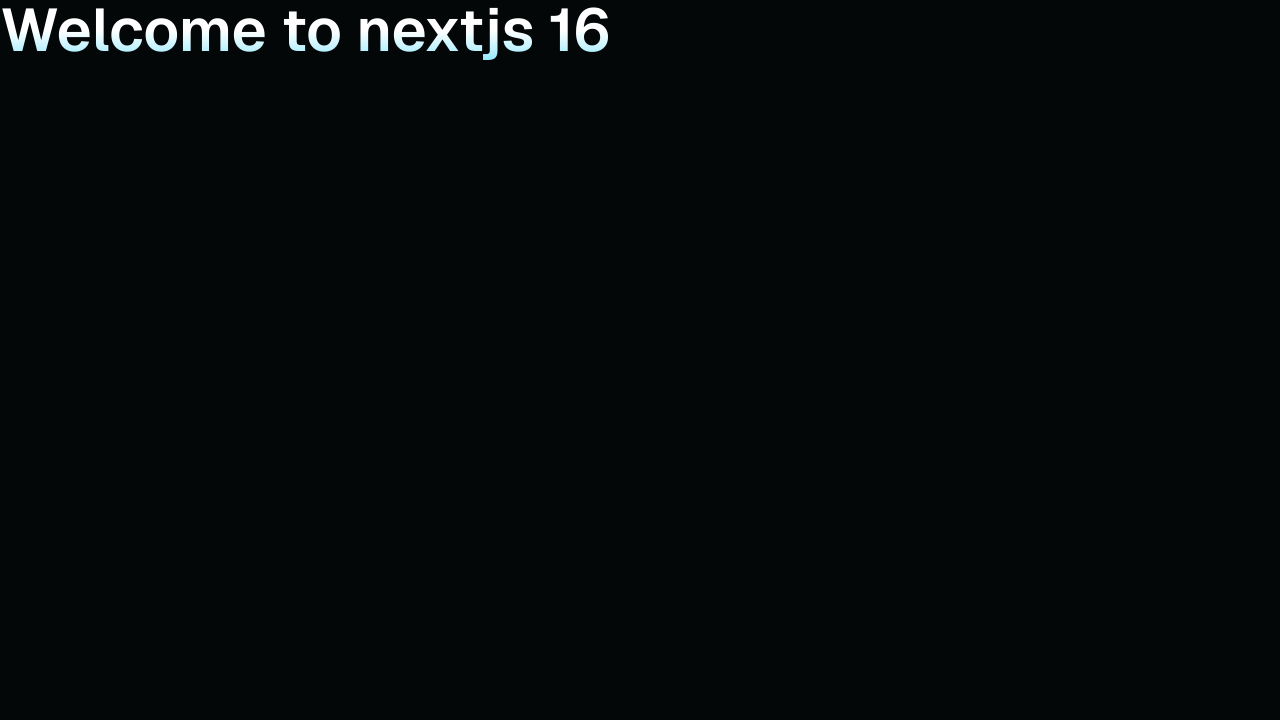
Repository: MuhammadHozaif-Bitsol/DevEvents
Page: /
These files come from the project's save history. The page is drawn as it stood at one moment and after the next save; the edit follows.
The browser window is 1280 px wide. The pictures show the whole page.
Some web fonts or font styles are not loaded; a fallback is used. The project was rebuilt for these pictures with package versions that can differ from the ones it lists, and the page was loaded fresh each time. The framework's server and built-in components were replaced by stand-ins that run in the browser. Also part of the build but not shown: next.config.ts.

Above is the page before, as saved 2026-08-25 14:35:58.

### app/layout.tsx
import type { Metadata } from "next";
import { Schibsted_Grotesk, Martian_Mono, Geist } from "next/font/google";
import "./globals.css";
import { cn } from "@/lib/utils";

import LightRays from "@/components/LightRays";
const geist = Geist({ subsets: ["latin"], variable: "--font-sans" });

const schibstedGrotesk = Schibsted_Grotesk({
  variable: "--font-schibsted--grotesk",
  subsets: ["latin"],
});

const martianMono = Martian_Mono({
  variable: "--font-martian-mono",
  subsets: ["latin"],
});

export const metadata: Metadata = {
  title: "DevEvent",
  description: "The hub of every event you just can not miss",
};

export default function RootLayout({ children }: LayoutProps<"/">) {
  return (
    <html
      lang="en"
      className={cn(
        "h-full",
        "antialiased",
        "min-h-screen",
        schibstedGrotesk.variable,
        martianMono.variable,
        "font-sans",
        geist.variable,
      )}
    >
      <body className="min-h-full flex flex-col">{children}</body>
    </html>
  );
}

### app/page.tsx
const page = () => {
  return <h1>Welcome to nextjs 16</h1>;
};

export default page;

### app/globals.css
@import "tailwindcss";
@import "tw-animate-css";

@custom-variant dark (&:is(.dark *));

:root {
  --color-blue: #94eaff;
  --color-light-100: #e7f2ff;
  --color-light-200: #bdbdbd;
  --color-border-dark: #151024;
  --color-dark-100: #0d161a;
  --color-dark-200: #182830;
  --radius: 0.625rem;
  --background: #030708;
  --foreground: #ffffff;
  --card: oklch(1 0 0);
  --card-foreground: oklch(0.145 0 0);
  --popover: oklch(1 0 0);
  --popover-foreground: oklch(0.145 0 0);
  --primary: #59deca;
  --primary-foreground: oklch(0.985 0 0);
  --secondary: oklch(0.97 0 0);
  --secondary-foreground: oklch(0.205 0 0);
  --muted: oklch(0.97 0 0);
  --muted-foreground: oklch(0.556 0 0);
  --accent: oklch(0.97 0 0);
  --accent-foreground: oklch(0.205 0 0);
  --destructive: oklch(0.577 0.245 27.325);
  --border: oklch(0.922 0 0);
  --input: oklch(0.922 0 0);
  --ring: oklch(0.708 0 0);
  --chart-1: oklch(0.646 0.222 41.116);
  --chart-2: oklch(0.6 0.118 184.704);
  --chart-3: oklch(0.398 0.07 227.392);
  --chart-4: oklch(0.828 0.189 84.429);
  --chart-5: oklch(0.769 0.188 70.08);
  --sidebar: oklch(0.985 0 0);
  --sidebar-foreground: oklch(0.145 0 0);
  --sidebar-primary: oklch(0.205 0 0);
  --sidebar-primary-foreground: oklch(0.985 0 0);
  --sidebar-accent: oklch(0.97 0 0);
  --sidebar-accent-foreground: oklch(0.205 0 0);
  --sidebar-border: oklch(0.922 0 0);
  --sidebar-ring: oklch(0.708 0 0);
}

@theme inline {
  --color-background: var(--background);
  --color-foreground: var(--foreground);
  --color-blue: var(--color-blue);
  --color-light-100: var(--color-light-100);
  --color-light-200: var(--color-light-200);
  --color-border-dark: var(--color-border-dark);
  --color-dark-100: var(--color-dark-100);
  --color-dark-200: var(--color-dark-200);
  --font-schibsted-grotesk: var(--font-schibsted-grotesk);
  --font-martian-mono: var(--font-martian-mono);
  --color-sidebar-ring: var(--sidebar-ring);
  --color-sidebar-border: var(--sidebar-border);
  --color-sidebar-accent-foreground: var(--sidebar-accent-foreground);
  --color-sidebar-accent: var(--sidebar-accent);
  --color-sidebar-primary-foreground: var(--sidebar-primary-foreground);
  --color-sidebar-primary: var(--sidebar-primary);
  --color-sidebar-foreground: var(--sidebar-foreground);
  --color-sidebar: var(--sidebar);
  --color-chart-5: var(--chart-5);
  --color-chart-4: var(--chart-4);
  --color-chart-3: var(--chart-3);
  --color-chart-2: var(--chart-2);
  --color-chart-1: var(--chart-1);
  --color-ring: var(--ring);
  --color-input: var(--input);
  --color-border: var(--border);
  --color-destructive: var(--destructive);
  --color-accent-foreground: var(--accent-foreground);
  --color-accent: var(--accent);
  --color-muted-foreground: var(--muted-foreground);
  --color-muted: var(--muted);
  --color-secondary-foreground: var(--secondary-foreground);
  --color-secondary: var(--secondary);
  --color-primary-foreground: var(--primary-foreground);
  --color-primary: var(--primary);
  --color-popover-foreground: var(--popover-foreground);
  --color-popover: var(--popover);
  --color-card-foreground: var(--card-foreground);
  --color-card: var(--card);
  --radius-sm: calc(var(--radius) - 4px);
  --radius-md: calc(var(--radius) - 2px);
  --radius-lg: var(--radius);
  --radius-xl: calc(var(--radius) + 4px);
}

@utility flex-center {
  @apply flex items-center justify-center;
}

@utility text-gradient {
  @apply to-blue bg-gradient-to-b from-white via-white bg-clip-text font-semibold text-transparent;
}

@utility glass {
  @apply bg-[#12121280]/50 rounded-md bg-clip-padding backdrop-filter backdrop-blur-xl border-b border-border-dark;
}

@utility card-shadow {
  box-shadow: 0px 4px 40px 0px #00000066;
}

@layer base {
  * {
    @apply border-border outline-ring/50;
  }

  body {
    @apply bg-background text-foreground;
  }

  main {
    @apply mx-auto container flex flex-col sm:px-10 px-5 py-10;
  }

  h1 {
    @apply text-gradient text-6xl font-semibold max-sm:text-4xl;
  }

  h3 {
    @apply font-schibsted-grotesk text-2xl font-bold;
  }

  ul {
    @apply list-disc list-inside;
  }
}

@layer components {
  #home {
    .subheading {
      @apply text-light-100 text-lg max-sm:text-sm text-center mt-5;
    }
  }

  #explore-btn {
    @apply border-dark-200 bg-dark-100 flex w-fit cursor-pointer  rounded-full border px-8 py-3.5 max-sm:w-full text-center;

    a {
      @apply flex-center gap-2 text-center w-full;
    }
  }

  header {
    @apply glass sticky top-0 z-50;

    nav {
      @apply flex flex-row justify-between mx-auto container sm:px-10 px-5 py-4;
    }

    .logo {
      @apply flex flex-row items-center gap-2;

      p {
        @apply text-xl font-bold italic max-sm:hidden;
      }
    }

    ul {
      @apply flex flex-row items-center gap-6;
    }
  }

  .events {
    @apply grid md:grid-cols-3 gap-10 sm:grid-cols-2 grid-cols-1;
  }

  #event-card {
    @apply flex flex-col gap-3;

    .poster {
      @apply h-[300px] w-full rounded-lg object-cover;
    }

    .title {
      @apply text-[20px] font-semibold line-clamp-1;
    }

    p {
      @apply text-light-200 text-sm font-light;
    }

    .datetime {
      @apply text-light-200 flex flex-row flex-wrap items-center gap-4;

      div {
        @apply flex flex-row gap-2;
      }
    }
  }

  #event {
    .header {
      @apply flex w-2/3 flex-col items-start gap-4 max-lg:w-full mb-10;
    }

    .details {
      @apply flex w-full flex-col lg:flex-row gap-12 items-start mt-12 max-lg:items-center;

      .content {
        @apply flex flex-[2] flex-col gap-8 max-lg:w-full;

        .banner {
          @apply max-h-[457px] w-full rounded-lg object-cover;
        }

        .agenda {
          @apply flex flex-col gap-2;

          ul {
            li {
              @apply text-light-100 text-lg max-sm:text-sm;
            }
          }
        }
      }

      .booking {
        @apply flex-1 w-full p-4 border-l border-gray-700;

        .signup-card {
          @apply bg-dark-100 border-dark-200 card-shadow flex w-full flex-col gap-6 rounded-[10px] border px-5 py-6;
        }
      }
    }

    h2 {
      @apply font-schibsted-grotesk text-2xl font-bold;
    }

    p {
      @apply text-light-100 text-lg max-sm:text-sm;
    }

    .flex-col-gap-2 {
      @apply flex flex-col gap-2;
    }

    .flex-row-gap-2 {
      @apply flex flex-row gap-2;
    }
  }

  .pill {
    @apply bg-dark-100 text-light-100 text-xs rounded-[6px] px-5 py-2;
  }

  #book-event {
    @apply flex flex-col gap-6;

    form {
      @apply flex flex-col gap-6;

      div {
        @apply flex flex-col gap-2;

        input {
          @apply bg-dark-200 rounded-[6px] px-5 py-2.5;
        }
      }

      button {
        @apply bg-primary hover:bg-primary/90 w-full cursor-pointer items-center justify-center rounded-[6px] px-4 py-2.5 text-lg font-semibold text-black;
      }
    }
  }
}

### components/LightRays.tsx
"use client";

import { useRef, useEffect, useState } from "react";
import { Renderer, Program, Triangle, Mesh } from "ogl";

export type RaysOrigin =
  | "top-center"
  | "top-center-offset"
  | "top-left"
  | "top-right"
  | "right"
  | "left"
  | "bottom-center"
  | "bottom-right"
  | "bottom-left";

interface LightRaysProps {
  raysOrigin?: RaysOrigin;
  raysColor?: string;
  raysSpeed?: number;
  lightSpread?: number;
  rayLength?: number;
  pulsating?: boolean;
  fadeDistance?: number;
  saturation?: number;
  followMouse?: boolean;
  mouseInfluence?: number;
  noiseAmount?: number;
  distortion?: number;
  className?: string;
}

const DEFAULT_COLOR = "#ffffff";

const hexToRgb = (hex: string): [number, number, number] => {
  const m = /^#?([a-f\d]{2})([a-f\d]{2})([a-f\d]{2})$/i.exec(hex);
  return m
    ? [
        parseInt(m[1], 16) / 255,
        parseInt(m[2], 16) / 255,
        parseInt(m[3], 16) / 255,
      ]
    : [1, 1, 1];
};

const getAnchorAndDir = (
  origin: RaysOrigin,
  w: number,
  h: number,
): { anchor: [number, number]; dir: [number, number] } => {
  const outside = 0.2;
  switch (origin) {
    case "top-left":
      return { anchor: [0, -outside * h], dir: [0, 1] };
    case "top-right":
      return { anchor: [w, -outside * h], dir: [0, 1] };
    case "top-center-offset":
      return { anchor: [0.5 * w + 0.2 * w, -outside * h], dir: [-0.2, 1] };
    case "left":
      return { anchor: [-outside * w, 0.5 * h], dir: [1, 0] };
    case "right":
      return { anchor: [(1 + outside) * w, 0.5 * h], dir: [-1, 0] };
    case "bottom-left":
      return { anchor: [0, (1 + outside) * h], dir: [0, -1] };
    case "bottom-center":
      return { anchor: [0.5 * w, (1 + outside) * h], dir: [0, -1] };
    case "bottom-right":
      return { anchor: [w, (1 + outside) * h], dir: [0, -1] };
    default: // "top-center"
      return { anchor: [0.5 * w, -outside * h], dir: [0, 1] };
  }
};

const LightRays: React.FC<LightRaysProps> = ({
  raysOrigin = "top-center-offset",
  raysColor = DEFAULT_COLOR,
  raysSpeed = 1,
  lightSpread = 1,
  rayLength = 2,
  pulsating = false,
  fadeDistance = 1.0,
  saturation = 1.0,
  followMouse = true,
  mouseInfluence = 0.1,
  noiseAmount = 0.0,
  distortion = 0.0,
  className = "",
}) => {
  const containerRef = useRef<HTMLDivElement>(null);
  const uniformsRef = useRef<any>(null);
  const rendererRef = useRef<Renderer | null>(null);
  const mouseRef = useRef({ x: 0.5, y: 0.5 });
  const smoothMouseRef = useRef({ x: 0.5, y: 0.5 });
  const animationIdRef = useRef<number | null>(null);
  const meshRef = useRef<any>(null);
  const cleanupFunctionRef = useRef<(() => void) | null>(null);
  const [isVisible, setIsVisible] = useState(false);
  const observerRef = useRef<IntersectionObserver | null>(null);

  useEffect(() => {
    if (!containerRef.current) return;

    observerRef.current = new IntersectionObserver(
      (entries) => {
        const entry = entries[0];
        setIsVisible(entry.isIntersecting);
      },
      { threshold: 0.1 },
    );

    observerRef.current.observe(containerRef.current);

    return () => {
      if (observerRef.current) {
        observerRef.current.disconnect();
        observerRef.current = null;
      }
    };
  }, []);

  useEffect(() => {
    if (!isVisible || !containerRef.current) return;

    if (cleanupFunctionRef.current) {
      cleanupFunctionRef.current();
      cleanupFunctionRef.current = null;
    }

    const initializeWebGL = async () => {
      if (!containerRef.current) return;

      await new Promise((resolve) => setTimeout(resolve, 10));

      if (!containerRef.current) return;

      const renderer = new Renderer({
        dpr: Math.min(window.devicePixelRatio, 2),
        alpha: true,
      });
      rendererRef.current = renderer;

      const gl = renderer.gl;
      gl.canvas.style.width = "100%";
      gl.canvas.style.height = "100%";

      while (containerRef.current.firstChild) {
        containerRef.current.removeChild(containerRef.current.firstChild);
      }
      containerRef.current.appendChild(gl.canvas);

      const vert = `
attribute vec2 position;
varying vec2 vUv;
void main() {
  vUv = position * 0.5 + 0.5;
  gl_Position = vec4(position, 0.0, 1.0);
}`;

      const frag = `precision highp float;

uniform float iTime;
uniform vec2  iResolution;

uniform vec2  rayPos;
uniform vec2  rayDir;
uniform vec3  raysColor;
uniform float raysSpeed;
uniform float lightSpread;
uniform float rayLength;
uniform float pulsating;
uniform float fadeDistance;
uniform float saturation;
uniform vec2  mousePos;
uniform float mouseInfluence;
uniform float noiseAmount;
uniform float distortion;

varying vec2 vUv;

float noise(vec2 st) {
  return fract(sin(dot(st.xy, vec2(12.9898,78.233))) * 43758.5453123);
}

float rayStrength(vec2 raySource, vec2 rayRefDirection, vec2 coord,
                  float seedA, float seedB, float speed) {
  vec2 sourceToCoord = coord - raySource;
  vec2 dirNorm = normalize(sourceToCoord);
  float cosAngle = dot(dirNorm, rayRefDirection);

  float distortedAngle = cosAngle + distortion * sin(iTime * 2.0 + length(sourceToCoord) * 0.01) * 0.2;

  float spreadFactor = pow(max(distortedAngle, 0.0), 1.0 / max(lightSpread, 0.001));

  float distance = length(sourceToCoord);
  float maxDistance = iResolution.x * rayLength;
  float lengthFalloff = clamp((maxDistance - distance) / maxDistance, 0.0, 1.0);

  float fadeFalloff = clamp((iResolution.x * fadeDistance - distance) / (iResolution.x * fadeDistance), 0.5, 1.0);
  float pulse = pulsating > 0.5 ? (0.8 + 0.2 * sin(iTime * speed * 3.0)) : 1.0;

  float baseStrength = clamp(
    (0.45 + 0.15 * sin(distortedAngle * seedA + iTime * speed)) +
    (0.3 + 0.2 * cos(-distortedAngle * seedB + iTime * speed)),
    0.0, 1.0
  );

  return baseStrength * lengthFalloff * fadeFalloff * spreadFactor * pulse;
}

void mainImage(out vec4 fragColor, in vec2 fragCoord) {
  vec2 coord = vec2(fragCoord.x, iResolution.y - fragCoord.y);

  vec2 finalRayDir = rayDir;
  if (mouseInfluence > 0.0) {
    vec2 mouseScreenPos = mousePos * iResolution.xy;
    vec2 mouseDirection = normalize(mouseScreenPos - rayPos);
    finalRayDir = normalize(mix(rayDir, mouseDirection, mouseInfluence));
  }

  vec4 rays1 = vec4(1.0) *
               rayStrength(rayPos, finalRayDir, coord, 36.2214, 21.11349,
                           1.5 * raysSpeed);
  vec4 rays2 = vec4(1.0) *
               rayStrength(rayPos, finalRayDir, coord, 22.3991, 18.0234,
                           1.1 * raysSpeed);

  fragColor = rays1 * 0.5 + rays2 * 0.4;

  if (noiseAmount > 0.0) {
    float n = noise(coord * 0.01 + iTime * 0.1);
    fragColor.rgb *= (1.0 - noiseAmount + noiseAmount * n);
  }

  float brightness = 1.0 - (coord.y / iResolution.y);
  fragColor.x *= 0.1 + brightness * 0.8;
  fragColor.y *= 0.3 + brightness * 0.6;
  fragColor.z *= 0.5 + brightness * 0.5;

  if (saturation != 1.0) {
    float gray = dot(fragColor.rgb, vec3(0.299, 0.587, 0.114));
    fragColor.rgb = mix(vec3(gray), fragColor.rgb, saturation);
  }

  fragColor.rgb *= raysColor;
}

void main() {
  vec4 color;
  mainImage(color, gl_FragCoord.xy);
  gl_FragColor  = color;
}`;

      const uniforms = {
        iTime: { value: 0 },
        iResolution: { value: [1, 1] },

        rayPos: { value: [0, 0] },
        rayDir: { value: [0, 1] },

        raysColor: { value: hexToRgb(raysColor) },
        raysSpeed: { value: raysSpeed },
        lightSpread: { value: lightSpread },
        rayLength: { value: rayLength },
        pulsating: { value: pulsating ? 1.0 : 0.0 },
        fadeDistance: { value: fadeDistance },
        saturation: { value: saturation },
        mousePos: { value: [0.5, 0.5] },
        mouseInfluence: { value: mouseInfluence },
        noiseAmount: { value: noiseAmount },
        distortion: { value: distortion },
      };
      uniformsRef.current = uniforms;

      const geometry = new Triangle(gl);
      const program = new Program(gl, {
        vertex: vert,
        fragment: frag,
        uniforms,
      });
      const mesh = new Mesh(gl, { geometry, program });
      meshRef.current = mesh;

      const updatePlacement = () => {
        if (!containerRef.current || !renderer) return;

        renderer.dpr = Math.min(window.devicePixelRatio, 2);

        const { clientWidth: wCSS, clientHeight: hCSS } = containerRef.current;
        renderer.setSize(wCSS, hCSS);

        const dpr = renderer.dpr;
        const w = wCSS * dpr;
        const h = hCSS * dpr;

        uniforms.iResolution.value = [w, h];

        const { anchor, dir } = getAnchorAndDir(raysOrigin, w, h);
        uniforms.rayPos.value = anchor;
        uniforms.rayDir.value = dir;
      };

      const loop = (t: number) => {
        if (!rendererRef.current || !uniformsRef.current || !meshRef.current) {
          return;
        }

        uniforms.iTime.value = t * 0.001;

        if (followMouse && mouseInfluence > 0.0) {
          const smoothing = 0.92;

          smoothMouseRef.current.x =
            smoothMouseRef.current.x * smoothing +
            mouseRef.current.x * (1 - smoothing);
          smoothMouseRef.current.y =
            smoothMouseRef.current.y * smoothing +
            mouseRef.current.y * (1 - smoothing);

          uniforms.mousePos.value = [
            smoothMouseRef.current.x,
            smoothMouseRef.current.y,
          ];
        }

        try {
          renderer.render({ scene: mesh });
          animationIdRef.current = requestAnimationFrame(loop);
        } catch (error) {
          console.warn("WebGL rendering error:", error);
          return;
        }
      };

      window.addEventListener("resize", updatePlacement);
      updatePlacement();
      animationIdRef.current = requestAnimationFrame(loop);

      cleanupFunctionRef.current = () => {
        if (animationIdRef.current) {
          cancelAnimationFrame(animationIdRef.current);
          animationIdRef.current = null;
        }

        window.removeEventListener("resize", updatePlacement);

        if (renderer) {
          try {
            const canvas = renderer.gl.canvas;
            const loseContextExt =
              renderer.gl.getExtension("WEBGL_lose_context");
            if (loseContextExt) {
              loseContextExt.loseContext();
            }

            if (canvas && canvas.parentNode) {
              canvas.parentNode.removeChild(canvas);
            }
          } catch (error) {
            console.warn("Error during WebGL cleanup:", error);
          }
        }

        rendererRef.current = null;
        uniformsRef.current = null;
        meshRef.current = null;
      };
    };

    initializeWebGL();

    return () => {
      if (cleanupFunctionRef.current) {
        cleanupFunctionRef.current();
        cleanupFunctionRef.current = null;
      }
    };
  }, [
    isVisible,
    raysOrigin,
    raysColor,
    raysSpeed,
    lightSpread,
    rayLength,
    pulsating,
    fadeDistance,
    saturation,
    followMouse,
    mouseInfluence,
    noiseAmount,
    distortion,
  ]);

  useEffect(() => {
    if (!uniformsRef.current || !containerRef.current || !rendererRef.current)
      return;

    const u = uniformsRef.current;
    const renderer = rendererRef.current;

    u.raysColor.value = hexToRgb(raysColor);
    u.raysSpeed.value = raysSpeed;
    u.lightSpread.value = lightSpread;
    u.rayLength.value = rayLength;
    u.pulsating.value = pulsating ? 1.0 : 0.0;
    u.fadeDistance.value = fadeDistance;
    u.saturation.value = saturation;
    u.mouseInfluence.value = mouseInfluence;
    u.noiseAmount.value = noiseAmount;
    u.distortion.value = distortion;

    const { clientWidth: wCSS, clientHeight: hCSS } = containerRef.current;
    const dpr = renderer.dpr;
    const { anchor, dir } = getAnchorAndDir(raysOrigin, wCSS * dpr, hCSS * dpr);
    u.rayPos.value = anchor;
    u.rayDir.value = dir;
  }, [
    raysColor,
    raysSpeed,
    lightSpread,
    raysOrigin,
    rayLength,
    pulsating,
    fadeDistance,
    saturation,
    mouseInfluence,
    noiseAmount,
    distortion,
  ]);

  useEffect(() => {
    const handleMouseMove = (e: MouseEvent) => {
      if (!containerRef.current || !rendererRef.current) return;
      const rect = containerRef.current.getBoundingClientRect();
      const x = (e.clientX - rect.left) / rect.width;
      const y = (e.clientY - rect.top) / rect.height;
      mouseRef.current = { x, y };
    };

    if (followMouse) {
      window.addEventListener("mousemove", handleMouseMove);
      return () => window.removeEventListener("mousemove", handleMouseMove);
    }
  }, [followMouse]);

  return (
    <div
      ref={containerRef}
      className={`pointer-events-none relative z-[3] h-full w-full overflow-hidden ${className}`.trim()}
    />
  );
};

export default LightRays;

Loaded but not shown: lib/utils.ts (common file)

After the next save:
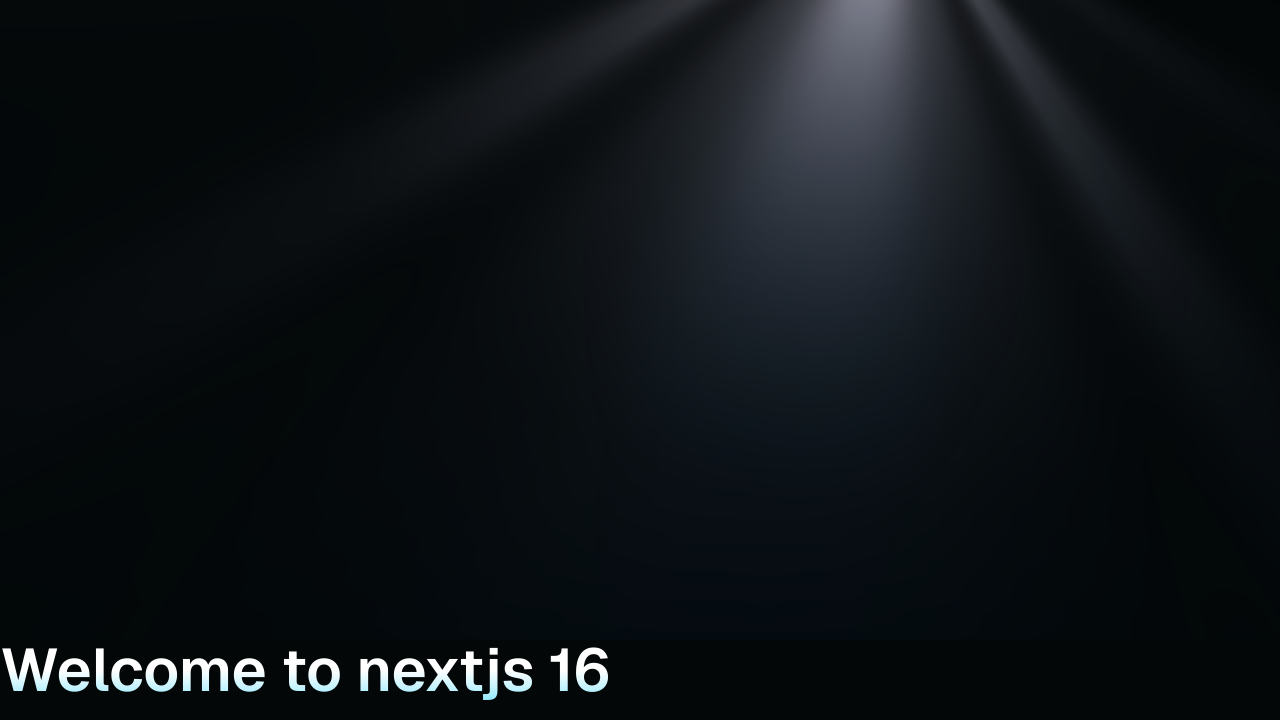
Saved 85 s later.
--- a/app/layout.tsx
+++ b/app/layout.tsx
@@ -35,7 +35,10 @@ export default function RootLayout({ children }: LayoutProps<"/">) {
         geist.variable,
       )}
     >
-      <body className="min-h-full flex flex-col">{children}</body>
+      <body className="min-h-full flex flex-col">
+        <LightRays></LightRays>
+        {children}
+      </body>
     </html>
   );
 }
